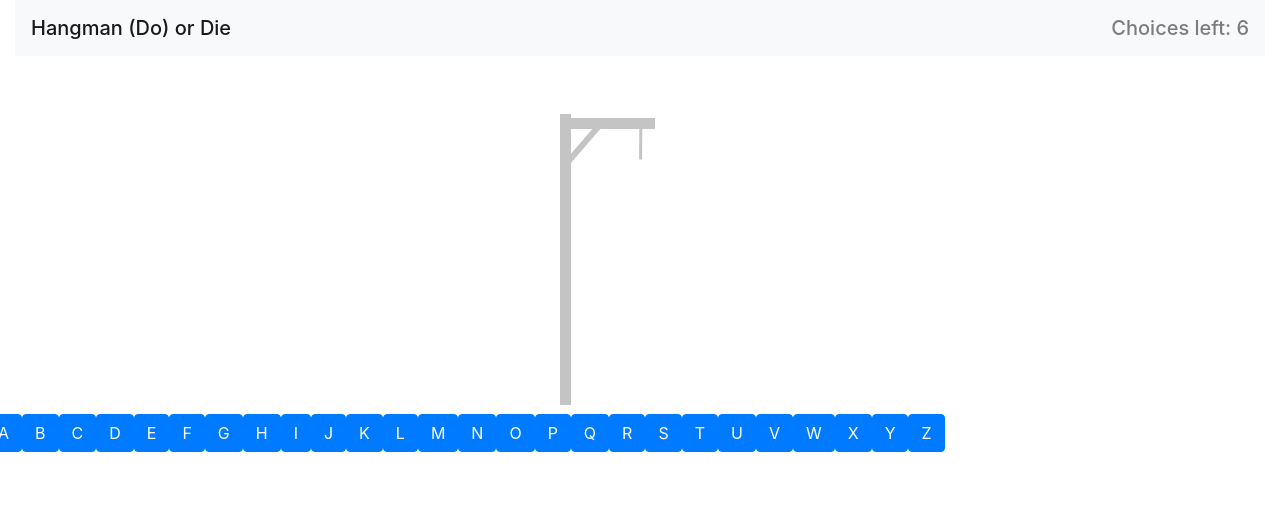
Repository: jatinhchanchlani/hangman
Page: /
An editor plug-in stored every save of this project. The page is shown before and after the next save, followed by the edit.
The browser window is 1280 px wide. The pictures show the whole page.
The project was rebuilt for these pictures with package versions that can differ from the ones it lists, and the page was loaded fresh each time. Also part of the build but not shown: src/App.css.

Above is the page before, as saved 2020-10-24 16:42:50.

### src/index.js
import React from 'react';
import ReactDOM from 'react-dom';
import './index.css';
import App from './App';
import * as serviceWorker from './serviceWorker';
import 'bootstrap/dist/css/bootstrap.css';

ReactDOM.render( <
  React.StrictMode >
  <
  App / >
  <
  /React.StrictMode>,
  document.getElementById('root')
);

// If you want your app to work offline and load faster, you can change
// unregister() to register() below. Note this comes with some pitfalls.
// Learn more about service workers: https://bit.ly/CRA-PWA
serviceWorker.unregister();

### src/App.js
import React from 'react';
import './App.css';
import Game from './components/game';

function App() {
  return ( <
    Game / >
  );
}

export default App;

### src/components/game.jsx
import React, { Component } from "react";
import Image from "./image";
import Header from "./header";
import Letters from "./letters";
import { getRandomCity } from "../model/cities";

const MAX_CHOICES = 6;

class Game extends Component {
  state = { maxChoices: MAX_CHOICES, choicesLeft: MAX_CHOICES, city: "" };

  componentDidMount() {
    const city = getRandomCity();
    this.setState({ city: city });
  }

  render() {
    return (
      <div className="container-fluid">
        <Header choicesLeft={this.state.choicesLeft} />
        <div className="row">
          <div className="col col-sm-5" />
          <div>
            <Image
              choicesLeft={this.state.choicesLeft}
              maxChoices={this.state.maxChoices}
            />
          </div>
        </div>
        <div className="row">
          <div className="col col-sm-5" />
          <h4>{}</h4>
        </div>
        <div className="row">
          <div className="col col-sm-5" />
          <Letters />
        </div>
      </div>
    );
  }
}

export default Game;

### src/components/image.jsx
import React, { Component } from "react";

class Image extends Component {
  render() {
    const { choicesLeft, maxChoices } = this.props;
    const imagePath = maxChoices - choicesLeft + ".jpg";
    return (
      <img
        className="card-image image-fluid"
        src={require("../images/" + imagePath)}
        alt={imagePath}
      />
    );
  }
}

export default Image;

### src/components/header.jsx
import React, { Component } from "react";

class Header extends Component {
  render() {
    return (
      <nav className="navbar navbar-light bg-light d-flex flex-column flex-sm-row">
        <span className="navbar-brand mb-0 h1">Hangman (Do) or Die</span>
        <span className="mb-0 h5 navbar-text nav-item">
          Choices left: {this.props.choicesLeft}
        </span>
      </nav>
    );
  }
}

export default Header;

### src/components/letters.jsx
import React, { Component } from "react";

class Letters extends Component {
  render() {
    return (
      <div className="row">
        {Array(26)
          .fill()
          .map((_, index) => String.fromCharCode("A".charCodeAt(0) + index))
          .map((char) => (
            <button key={char} className="btn btn-primary">
              {char}
            </button>
          ))}
      </div>
    );
  }
}

export default Letters;

### src/model/cities.js
const MIN = 0;
const MAX = 24;

const cities = {
    0: "Mumbai",
    1: "New Delhi",
    2: "Chennai",
    3: "Hyderabad",
    4: "Bengaluru",
    5: "Ahmedabad",
    6: "Jaipur",
    7: "Kolkata",
    8: "Lucknow",
    9: "Bhopal",
    10: "Chandigarh",
    11: "Patna",
    12: "Jabalpur",
    13: "Pune",
    14: "Surat",
    15: "Indore",
    16: "Kanpur",
    17: "Visakhapatnam",
    18: "Agra",
    19: "Varanasi",
    20: "Amritsar",
    21: "Udaipur",
    22: "Noida",
    23: "Ludhiana",
    24: "Gwalior",
}

// Returns a random number between min and max. Min and max are both inclusive
export function getRandomIntInclusive(min, max) {
    min = Math.ceil(min);
    max = Math.floor(max);
    return Math.floor(Math.random() * (max - min + 1) + min);
}

export function getRandomCity() {
    return cities[getRandomIntInclusive(MIN, MAX)];
}

Loaded but not shown: public/index.html (common file); src/index.css (common file); src/serviceWorker.js (common file)

After the next save:
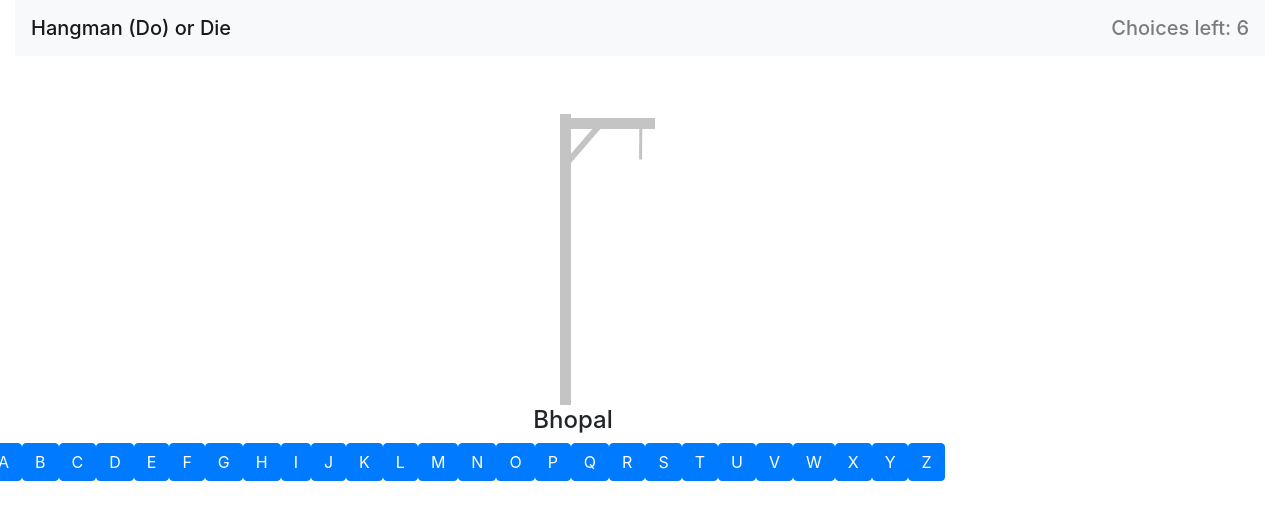
Saved 11 s later.
--- a/src/components/game.jsx
+++ b/src/components/game.jsx
@@ -29,7 +29,7 @@ class Game extends Component {
         </div>
         <div className="row">
           <div className="col col-sm-5" />
-          <h4>{}</h4>
+          <h4>{this.state.city}</h4>
         </div>
         <div className="row">
           <div className="col col-sm-5" />
